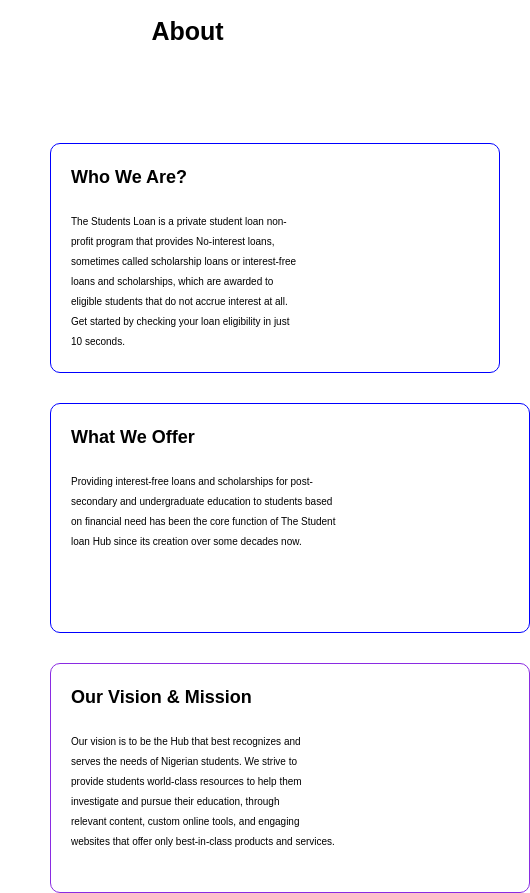
Repository: Tobby004/basic-loanweb
Page: about.html
The author's editor kept a copy of each file at every save. The page is drawn from the files as they stood at one save, then again after the next save.
The browser window is 375 px wide. The page is 530 px wide, so the pictures cover 530 px, including what lies to the right of the window. The pictures show the whole page.

Above is the page before, as saved 2023-07-06 02:32:05.

### about.html
<!DOCTYPE html>
<html lang="en">
<head>
    <meta charset="UTF-8">
    <meta http-equiv="X-UA-Compatible" content="IE=edge">
    <meta name="viewport" content="width=device-width, initial-scale=1.0">
    <title>About</title>
    <link rel="stylesheet" href="about.css">
</head>
<body>
    <h1>About</h1>
    <div class="container">
    <div class="box-1">
        <h4>Who We Are?</h4>
        <p> The Students Loan is a private student loan non- <br>
             profit program that provides No-interest loans,<br>
             sometimes called scholarship loans or interest-free <br>
             loans and scholarships, which are awarded to <br>eligible students that do not accrue interest at all.<br>
              Get started by checking your loan eligibility in just<br> 10 seconds.</p>
    </div>
    <div class="box-2">
        <h4>What We Offer</h4>
        <p> Providing interest-free loans and scholarships for post-<br>
            secondary and undergraduate education to students based <br>
            on financial need has been the core function of The Student <br>
            loan Hub since its creation over some decades now.</p>
    </div>
    <div class="box-3">
        <h4>Our Vision & Mission</h4>
        <p>  Our vision is to be the Hub that best recognizes and <br>
             serves the needs of Nigerian students. We strive to <br>
             provide students world-class resources to help them <br>
             investigate and pursue their education, through <br>
             relevant content, custom online tools, and engaging <br>
             websites that offer only best-in-class products and services.</p>
    </div>
    </div>
</body>
</html>

### about.css
*{
    box-sizing: border-box;
}
body {
    margin: 0;
    background: #ffffff;

}

h1 {
    text-align: center;
    font-size: 25px;
    font-family: sans-serif;
}
.container {
    margin: auto;
    display: flex;
    justify-content: space-between;
    height: 300px;
    width: 1300px;
    background: #ffffff;
    gap: 15px;
}
.box-1{
  margin-top: 30px;
  height: 230px;
  width: 450px;
  background: white;
  border-radius: 10px;
  border:solid 0.5px blue;
}
.box-2{
  margin-top: 30px;
  height: 230px;
  width: 480px;
  background: #ffffff;
  border-radius: 10px;
  border: solid 0.5px blue;
}
.container h4 {
    font-size: 22px;
    margin-left: 20px;
    font-family: sans-serif;
}
.container p {
    margin-left: 20px;
    font-size: 15px;
    font-family: sans-serif;
    line-height: 20px;
}
.box-3{
    height: 230px;
    width: 480px;
     margin-top: 30px;
    background: #ffffff;
    border-radius: 10px;
    border: solid 0.5px blueviolet;
}


@media only screen and (max-width:400px) {
    .container {
        display: inline-block;
        width:80% ;
        margin: 50px;
    }
    box-1{
        margin-top: 10px;
      }
      box-2{
        margin-top: 10px;
      }
      .container h4 {
      font-size: 18px;
      }
      .container p {
      font-size: 10px;
      font-family: sans-serif;
      line-height: 20px;
   }



}

After the next save:
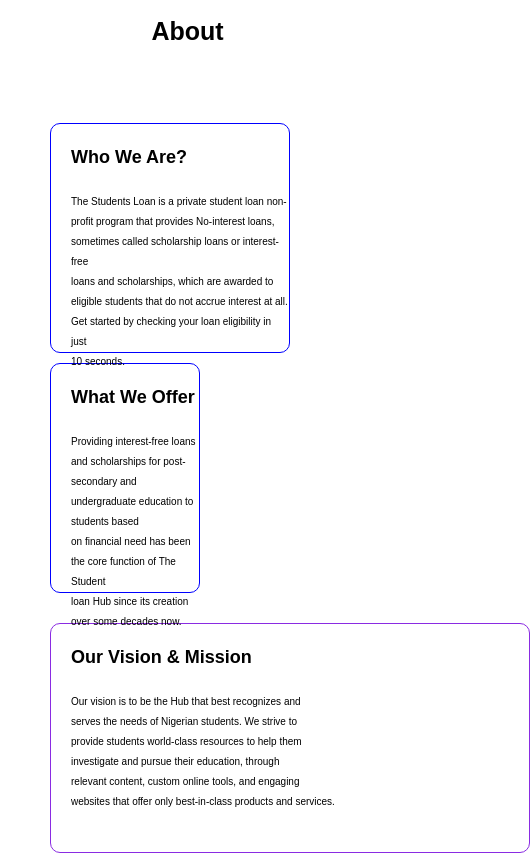
Saved 58 s later.
--- a/about.css
+++ b/about.css
@@ -64,12 +64,15 @@ h1 {
         width:80% ;
         margin: 50px;
     }
-    box-1{
+    .box-1{
         margin-top: 10px;
+        width: 80%;
       }
-      box-2{
+      .box-2{
         margin-top: 10px;
+        width: 50%;
       }
+
       .container h4 {
       font-size: 18px;
       }
